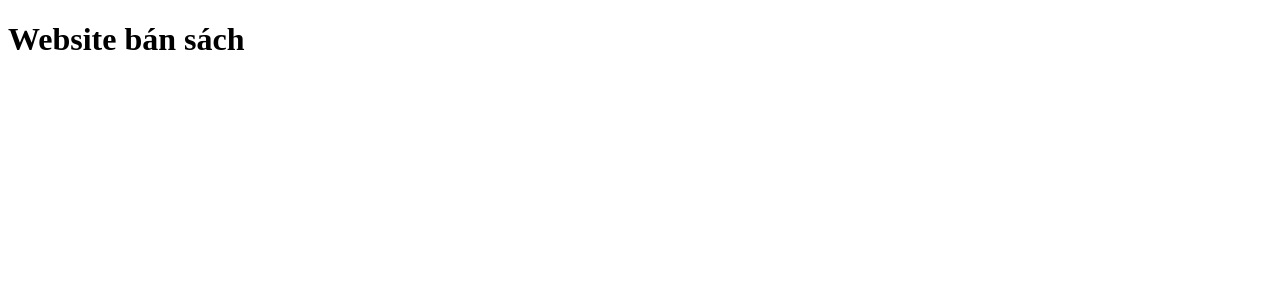
Repository: ThanhNghiadn03/Website-1-JSP-Servlet
Page: http://localhost/new-web-ban-sach/trang-chu
These files come from the project's save history. The page is drawn as it stood at one moment and after the next save; the edit follows.
The browser window is 1280 px wide. The pictures show the whole page.
The page is served by Tomcat 9. Queries for data that is not in the repository find no rows.

Above is the page before, as saved 2023-04-25 15:52:43.

After the next save:
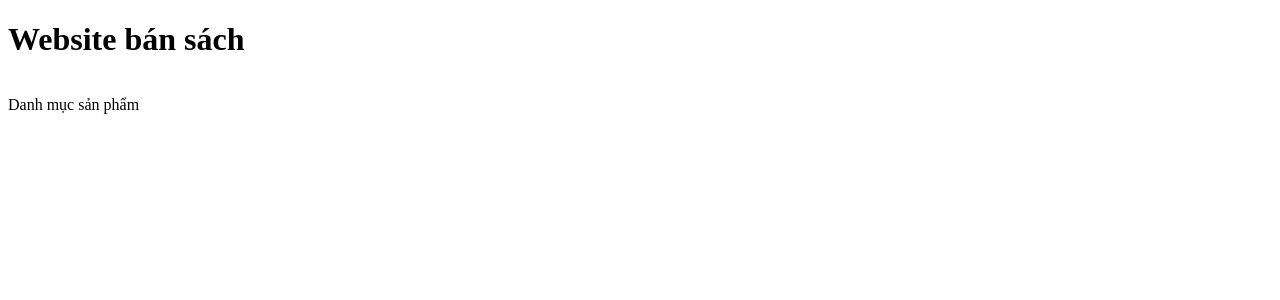
Saved 68 s later.
--- a/Project/new-web-ban-sach/src/main/webapp/views/home/home.jsp
+++ b/Project/new-web-ban-sach/src/main/webapp/views/home/home.jsp
@@ -54,7 +54,9 @@
 	</div>
 -->
 	<div class="left-right">
-		<div class="left-side"></div>
+		<div class="left-side">
+			<p>Danh mục sản phẩm</p>
+		</div>
 		<div class="right-side">
 			<c:forEach varStatus="count" var="product" items="${listProduct}">
 				<div class="item">
